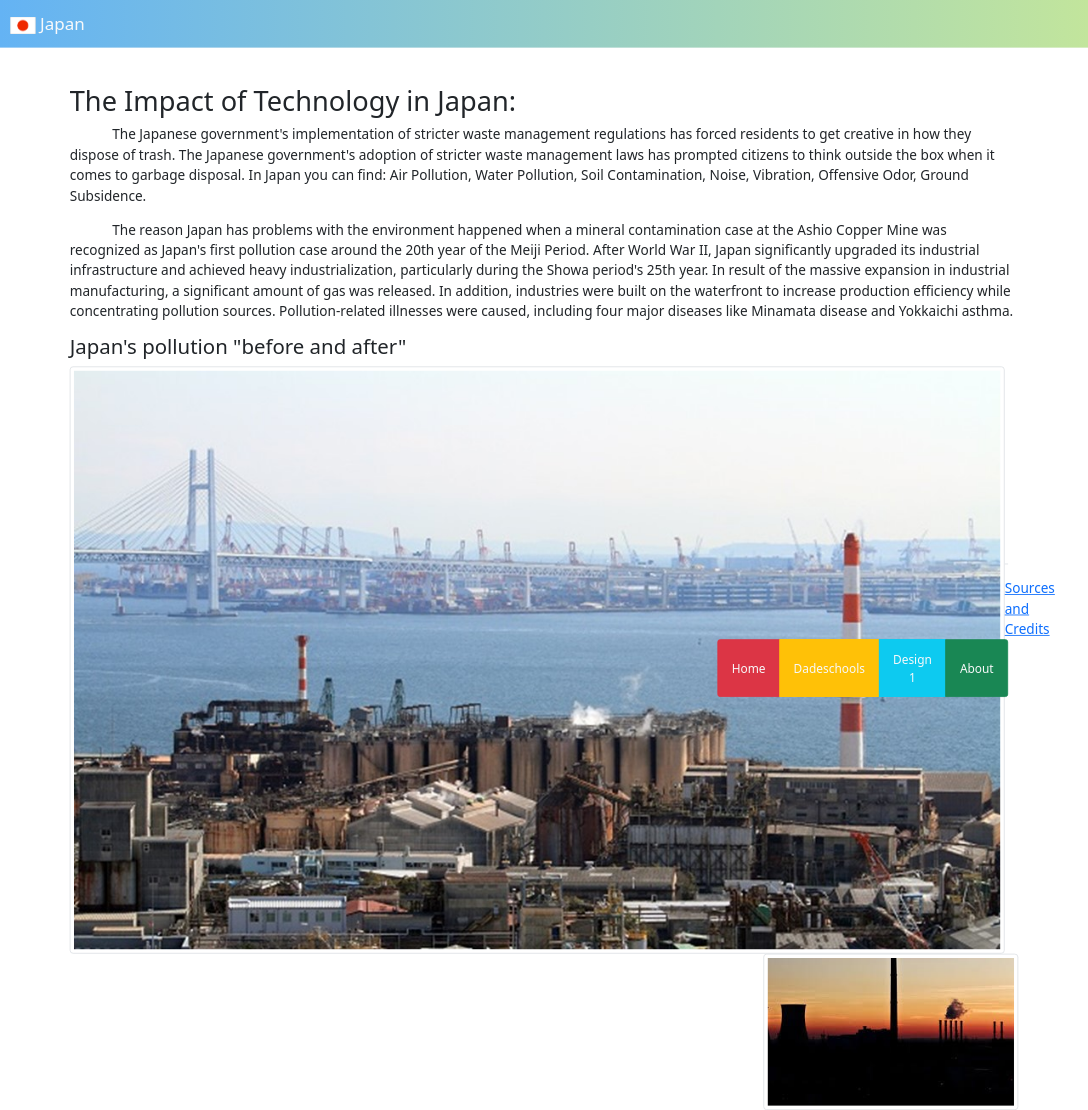
Repository: mrchilliballs/mrchilliballs.github.io
Page: untitled-2.html
An editor plug-in stored every save of this project. The page is shown before and after the next save, followed by the edit.
The browser window is 1280 px wide. The pictures show the whole page, at 85% of full size.

Above is the page before, as saved 2021-09-02 19:04:56.

After the next save:
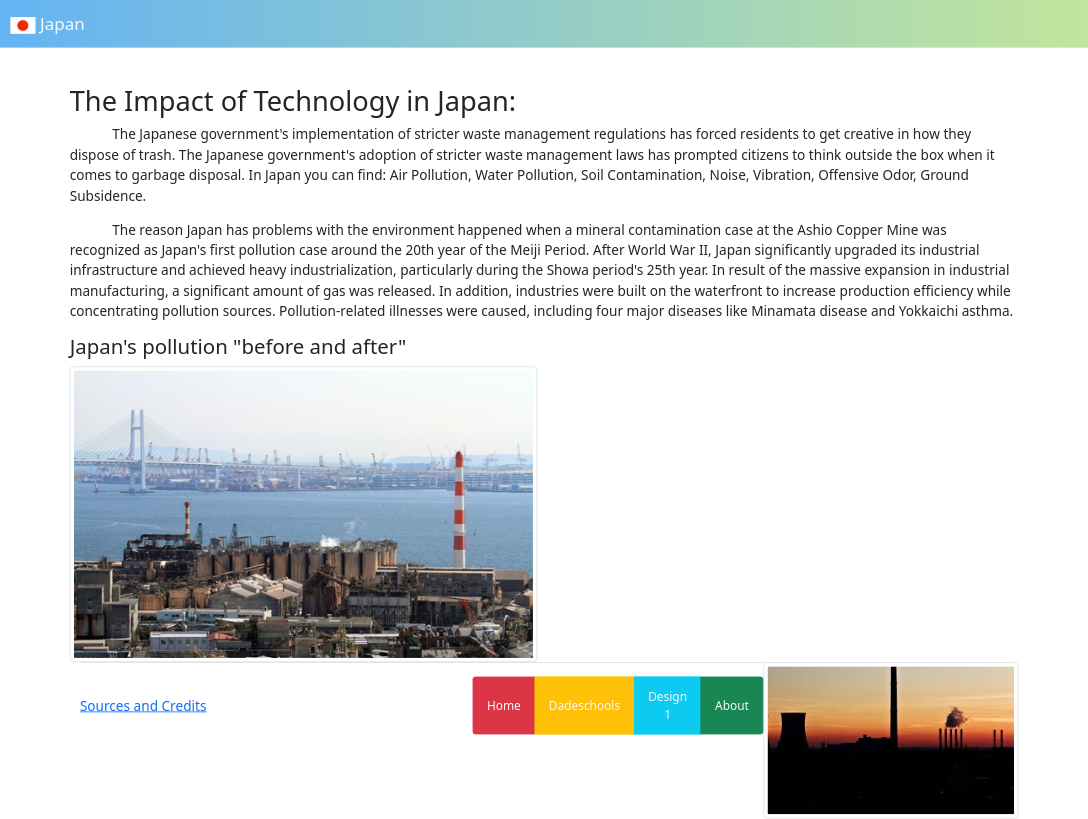
Saved 36 s later.
--- a/untitled-2.html
+++ b/untitled-2.html
@@ -36,7 +36,7 @@
 	<br></p><p style="text-indent: 50px;">The reason Japan has problems with the environment happened when a mineral contamination case at the Ashio Copper Mine was recognized as Japan's first pollution case around the 20th year of the Meiji Period. After World War II, Japan significantly upgraded its industrial infrastructure and achieved heavy industrialization, particularly during the Showa period's 25th year. In result of the massive expansion in industrial manufacturing, a significant amount of gas was released. In addition, industries were built on the waterfront to increase production efficiency while concentrating pollution sources. Pollution-related illnesses were caused, including four major diseases like Minamata disease and Yokkaichi asthma.
     </p>
     <h4>Japan's pollution "before and after"</h4>
-    <div class="float-start"><img src="Picture1.jpg" class="rounded img-thumbnail img-fluid" alt="..."></div>
+    <div class="float-start"><img src="Picture1.jpg" class="rounded img-thumbnail img-fluid" alt="..." height="50%" width="50%"></div>
     <div class="float-end"><img src="Picture2.jpg" class="rounded img-thumbnail img-fluid" alt="..."></div>
     <div style="margin-bottom: 15rem;"></div>
         <div class="container">
